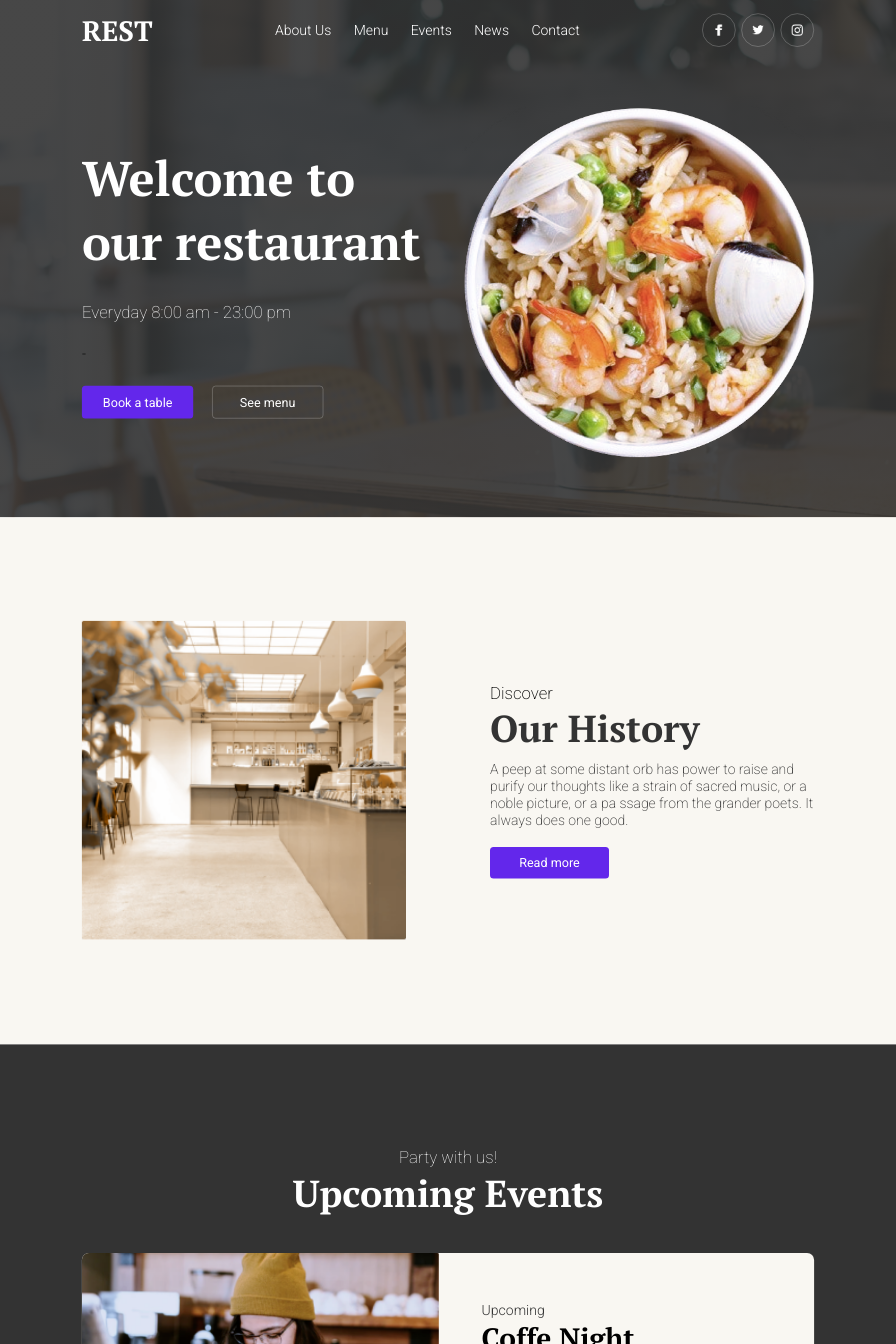
Repository: murilopellis-12/Tailwind-Prova
Page: index.html
An editor plug-in stored every save of this project. The page is shown before and after the next save, followed by the edit.
The browser window is 1280 px wide. The pictures show the part of the page from y = 0 to 1920 px (the page is 5662 px tall), at 70% of full size.
Empty fields were first filled with sample values (such as "Sample", 5 or name@example.com).
After loading, the first visible `#botao-livro-mesa` was clicked once.

Above is the page before, as saved 2026-10-29 15:31:46.

After the next save:
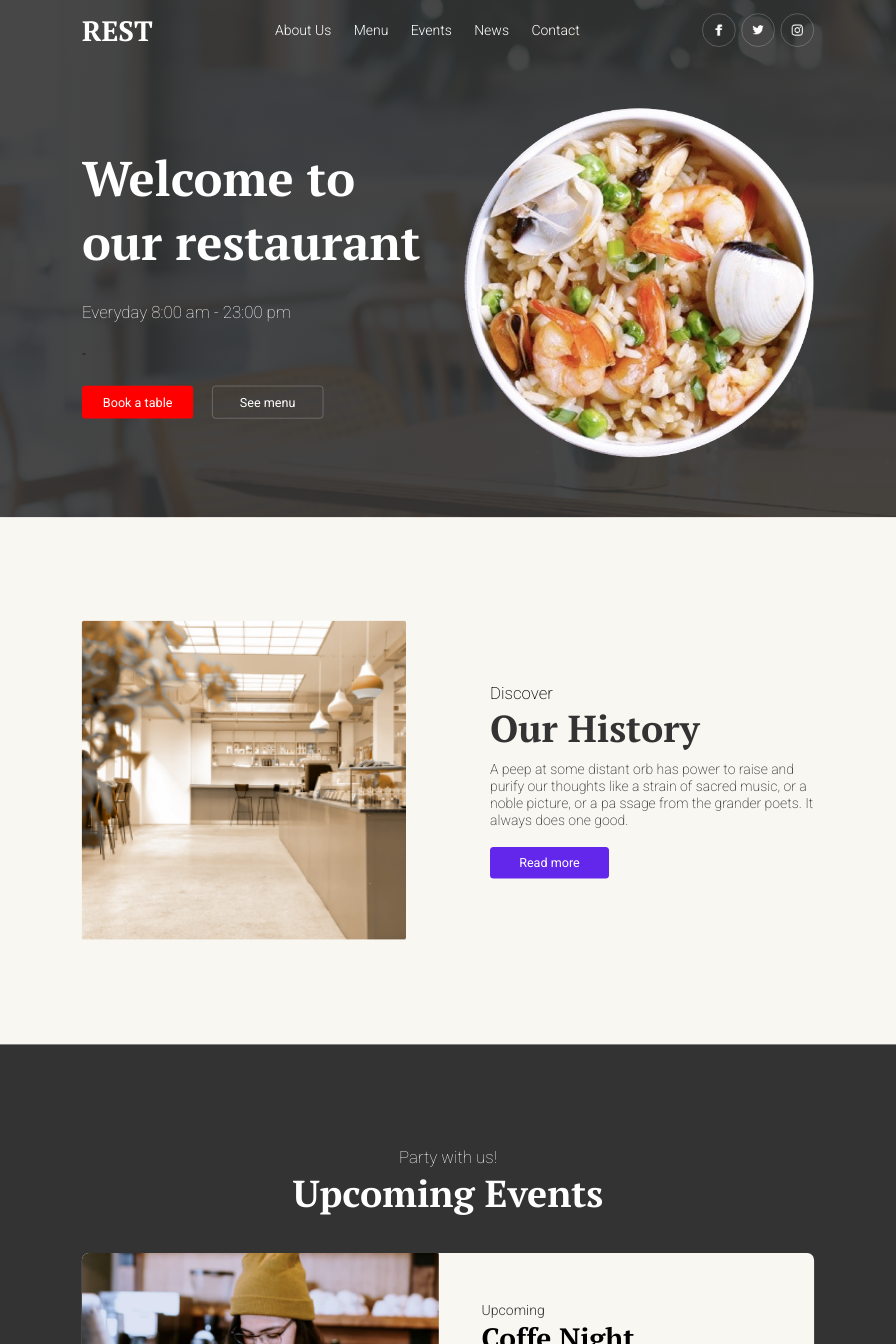
Saved 9 s later.
--- a/app.js
+++ b/app.js
@@ -39,6 +39,6 @@ const botao = document.getElementById("botao-livro-mesa");
 
 botao.addEventListener("click", () => {
     botao.classList.toggle("bg-[var(--complementar-roxo)]");
-    botao.classList.toggle("bg-[var(--complementar-roxo)]");
+    botao.classList.toggle("bg-[red]");
 
 })
